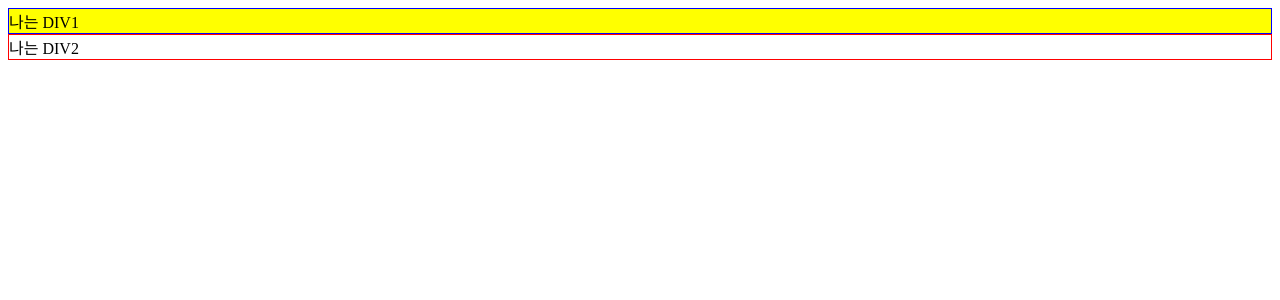
Repository: gold37/JAVA_HOME
Page: myjsp/myjsp/HTML5/WebContent/ch01_cssOrder/cssOrder.html
An editor plug-in stored every save of this project. The page is shown before and after the next save, followed by the edit.
The browser window is 1280 px wide. The pictures show the whole page.

Above is the page before, as saved 2020-04-22 03:23:43.

### myjsp/myjsp/HTML5/WebContent/ch01_cssOrder/cssOrder.html
<!DOCTYPE html>
<html>
<head>
<meta charset="UTF-8">
<title>Insert title here</title>

</head>
<body>

<div style="border: solid 1px blue; background-color: yellow;">나는 DIV1</div>
<div style="border: solid 1px red";>나는 DIV2</div>


</body>
</html>

After the next save:
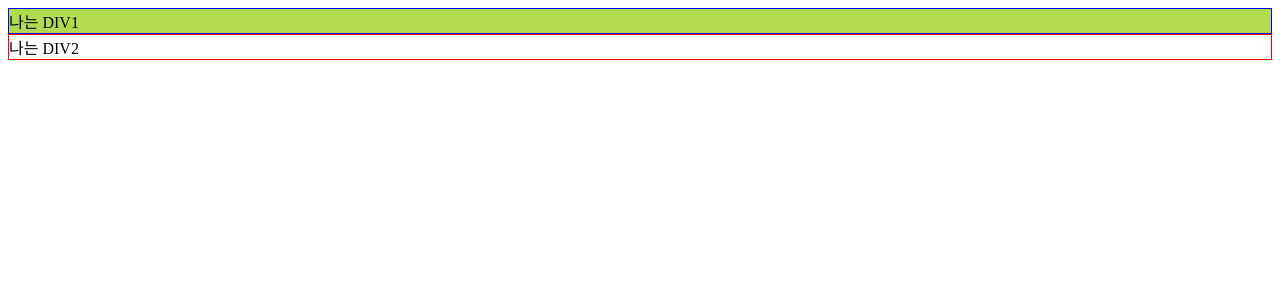
Saved 6 min 48 s later.
--- a/myjsp/myjsp/HTML5/WebContent/ch01_cssOrder/cssOrder.html
+++ b/myjsp/myjsp/HTML5/WebContent/ch01_cssOrder/cssOrder.html
@@ -7,7 +7,7 @@
 </head>
 <body>
 
-<div style="border: solid 1px blue; background-color: yellow;">나는 DIV1</div>
+<div style="border: solid 1px blue; background-color: #B1DB4E;">나는 DIV1</div>
 <div style="border: solid 1px red";>나는 DIV2</div>
 
 
